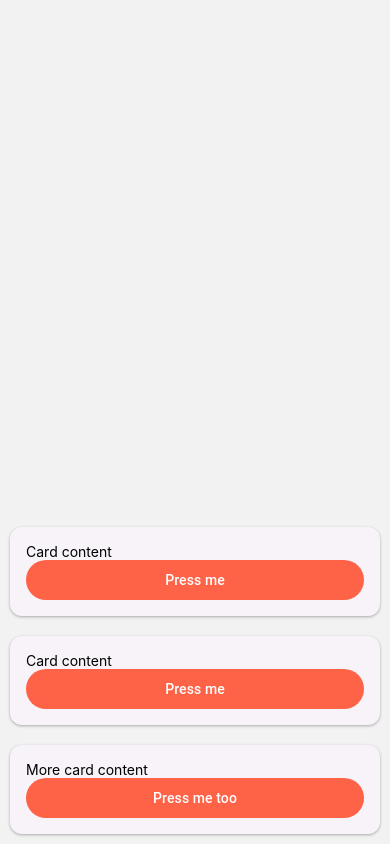
Repository: RidenShogunei/react-native-liveapp
Page: / (app in LiveTool/)
The author's editor kept a copy of each file at every save. The page is drawn from the files as they stood at one save, then again after the next save.
The browser window is 390 px wide. The pictures show the whole page.
The page's requests for data from a server got no answer. The app was drawn by React Native's web renderer in a window 390 px wide. The project was rebuilt for these pictures with package versions that can differ from the ones it lists, and the page was loaded fresh each time. No one was signed in, and anything a server would have sent is missing.

Above is the page before, as saved 2024-05-12 12:26:19.

After the next save:
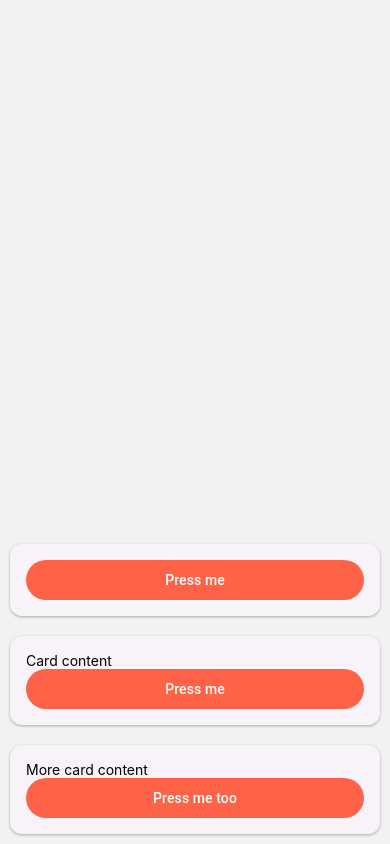
Saved 14 s later.
--- a/LiveTool/pages/mian.tsx
+++ b/LiveTool/pages/mian.tsx
@@ -70,7 +70,7 @@ function MainPage() {
       <View>
         <Card style={{margin: 10}}>
           <Card.Content>
-            <Text>Card content</Text>
+            <Text></Text>
             <Button
               mode="contained"
               onPress={() => console.log('Button pressed')}>
